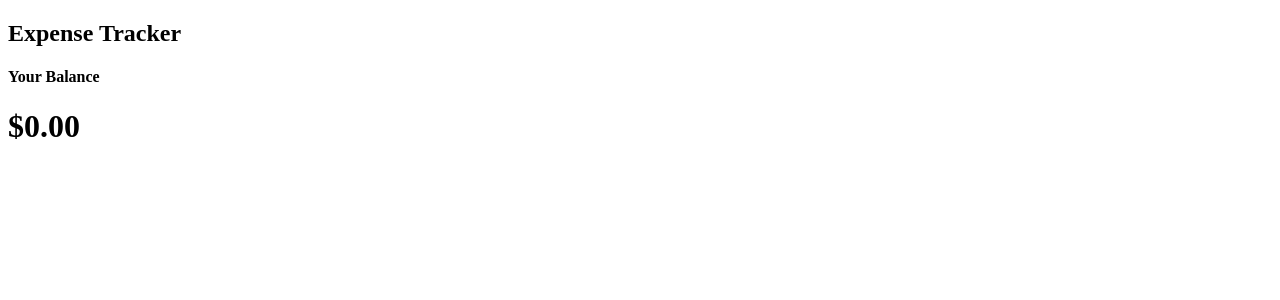
Repository: Youvelop/expenseTracker
Page: index.html
These files come from the project's save history. The page is drawn as it stood at one moment and after the next save; the edit follows.
The browser window is 1280 px wide. The pictures show the whole page.

Above is the page before, as saved 2020-06-30 12:29:22.

### index.html
<!DOCTYPE html>
<html lang="en">
  <head>
    <meta charset="UTF-8" />
    <meta name="viewport" content="width=device-width, initial-scale=1.0" />
    <link rel="stylesheet" href="style.css" />
    <title>Expense Tracker</title>
  </head>
  <body>
    <h2>Expense Tracker</h2>

    <div class="container">
      <h4>Your Balance</h4>
      <h1 id="balance">$0.00</h1>
    </div>

    <script src="script.js"></script>
  </body>
</html>

Loaded but not shown: script.js (no copy from this time; the picture is the same without it); style.css (no copy from this time; the picture is the same without it)

After the next save:
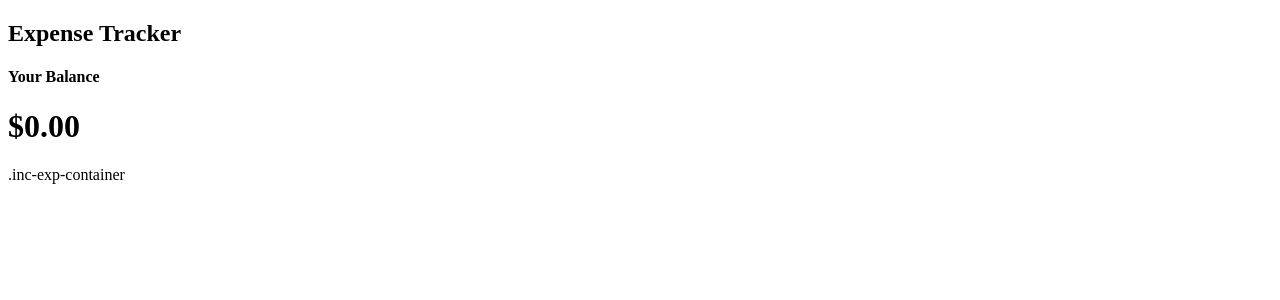
Saved 16 s later.
--- a/index.html
+++ b/index.html
@@ -12,6 +12,8 @@
     <div class="container">
       <h4>Your Balance</h4>
       <h1 id="balance">$0.00</h1>
+
+      .inc-exp-container
     </div>
 
     <script src="script.js"></script>
